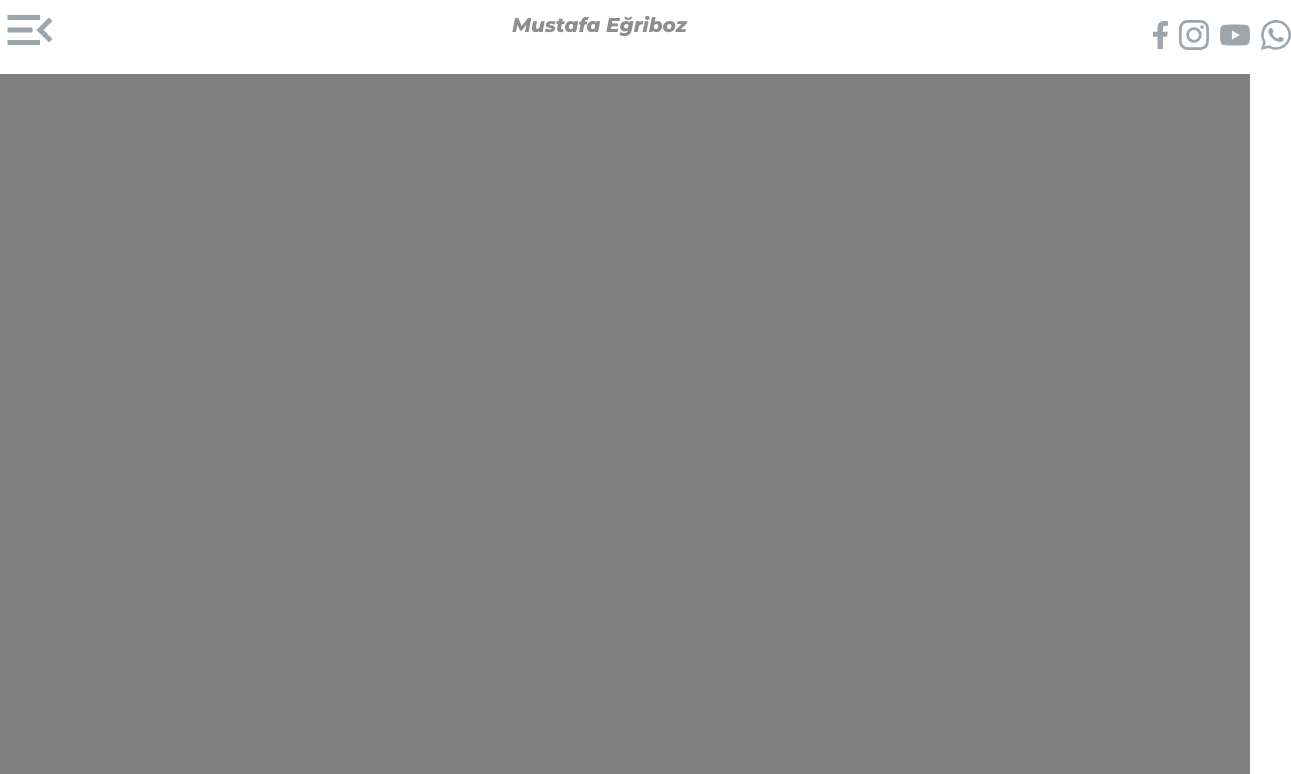
Repository: CengoCengo/m.e-gallery-web-site
Page: index.html
These files come from the project's save history. The page is drawn as it stood at one moment and after the next save; the edit follows.
The browser window is 1280 px wide. The page is 1291 px wide, so the pictures cover 1291 px, including what lies to the right of the window. The pictures show the whole page.

Above is the page before, as saved 2021-02-06 15:28:57.
Console error: TypeError: Cannot read properties of null (reading 'style')

### index.html
<!DOCTYPE html>
<html lang="en">
  <head>
    <meta charset="UTF-8" />
    <meta name="viewport" content="width=device-width, initial-scale=1.0" />
    <link rel="stylesheet" href="styles/style.css" />
    <link rel="preconnect" href="https://fonts.gstatic.com" />
    <link
      href="https://fonts.googleapis.com/css2?family=Montserrat:ital,wght@1,800&display=swap"
      rel="stylesheet"
    />

    <title>Mustafa Eğriboz</title>
  </head>
  <body>
    <!-- Navigator -->
    <div class="menu-container">
      <img
        id="icon-menu"
        src="images/icon/menu_open-black-18dp.svg"
        alt="icon-menu"

      />
      <h1 class="name">Mustafa Eğriboz</h1>

      <div class="social-media-container icon-social">
        <a class="icon-social" href=""
          ><img alt="Qries" src="images/icon/facebook-f-brands.svg" width=15"
          height="70"></a
        >

        <a class="icon-social" href=""
          ><img alt="Qries" src="images/icon/instagram-brands.svg" width=30"
          height="70"></a
        >

        <a class="icon-social"  href=""
          ><img alt="Qries" src="images/icon/youtube-brands.svg" width=30"
          height="70"></a
        >

        <a class="icon-social" href=""
          ><img alt="Qries" src="images/icon/whatsapp-brands.svg" width=30"
          height="70"></a
        >
      </div>
    </div>

    <!-- Slider -->

    <div class="slider-container">
      <div class="slider"></div>
    </div>

    <script type="text/javascript" src="js/script.js"></script>
  </body>
</html>

### styles/style.css
*{
    margin: 0;
    padding: 0;
    font-family:  'Montserrat', sans-serif;
    font-weight: 900;




}


.menu-container{
    display: inline-block;
    position: relative;
    width: 100%;

}

#icon-menu{
    display: inline-block;
    width: 60px;

    margin-bottom: 10px;



}

h1.name{
    display: inline-block;
    font-weight: 100;
    position: absolute;
    margin-top: 1%;
    left: 40%;
    color:#8e8e8e;
    font-size: 20px;

}

.social-media-container{
    display: inline;
    position: relative;
    width: 100%;
    left: 84%;



}

.icon-social{
    margin-left: 0.5%;
}




.slider{
    background-color: grey;
    width: 1250px;
    height: 700px;

}

### js/script.js
var x = document.querySelector("p");
x.style.backgroundColor = "red";

After the next save:
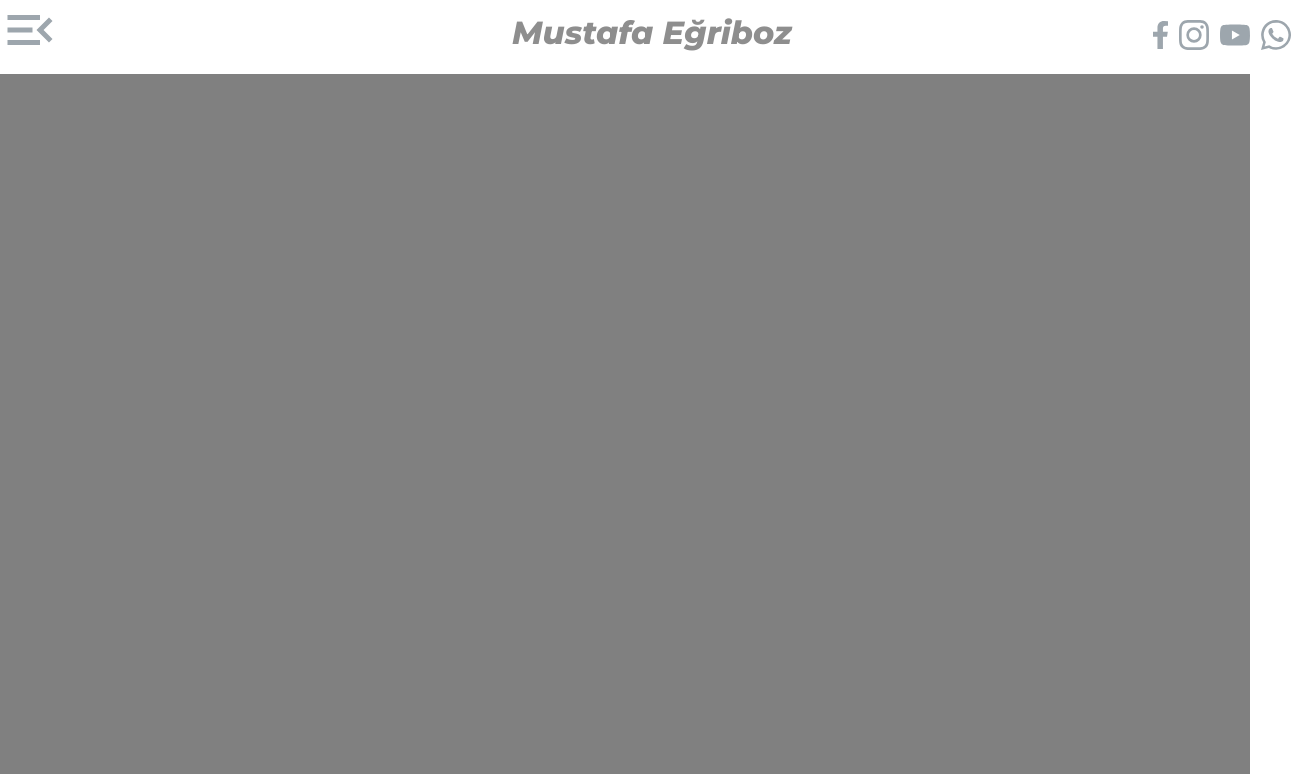
Saved 4 s later.
--- a/styles/style.css
+++ b/styles/style.css
@@ -34,7 +34,7 @@ h1.name{
     margin-top: 1%;
     left: 40%;
     color:#8e8e8e;
-    font-size: 20px;
+
 
 }
 
